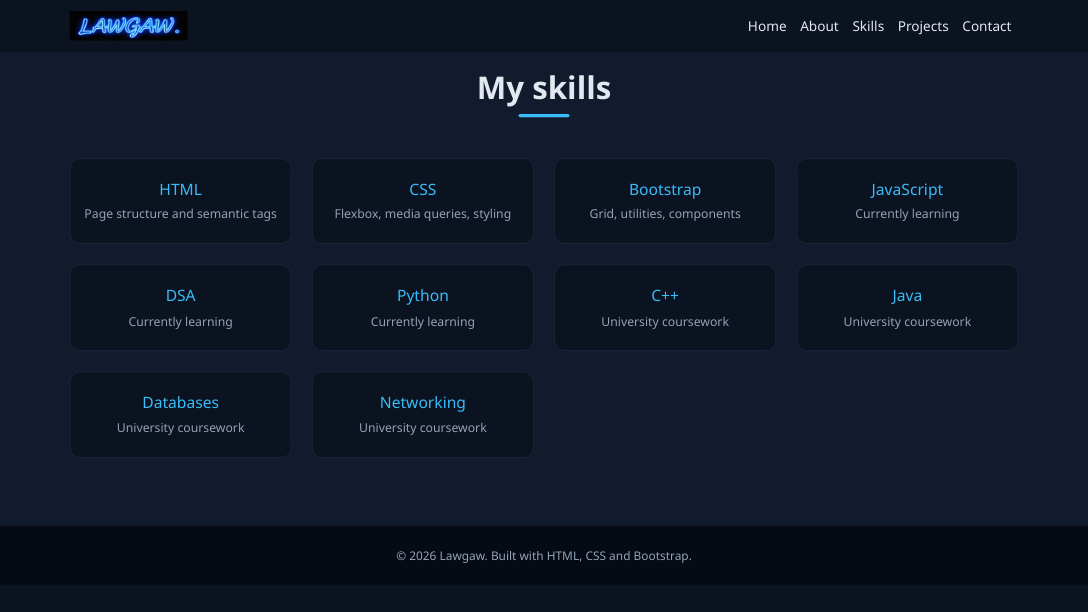
Repository: lawgaw-sefineh/MyPortfolioWebsite
Page: skills.html
An editor plug-in stored every save of this project. The page is shown before and after a run of saves, followed by the edit.
The browser window is 1280 px wide. The pictures show the whole page, at 85% of full size.

Above is the page before, as saved 2026-10-08 23:23:01.

After the next 2 saves:
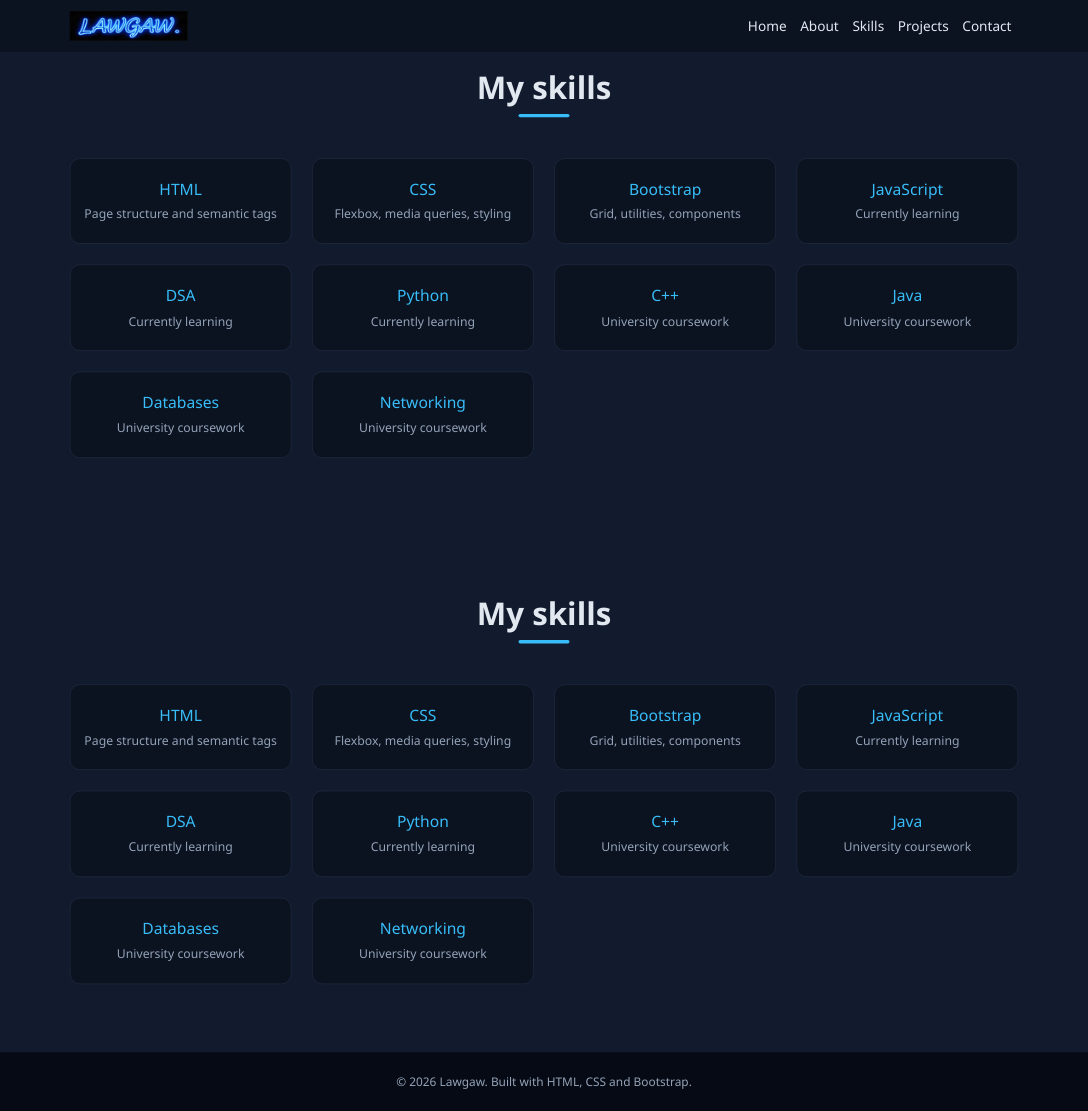
The 2 saves are shown as one change because they came seconds apart.
The last was saved 90 s later.
--- a/skills.html
+++ b/skills.html
@@ -136,6 +136,63 @@
       </div>
     </div>
   </section>
+    <!-- ================= SKILLS ================= -->
+  <section id="skills" class="section section-alt">
+    <div class="container">
+      <h2 class="section-title text-center mb-5">My skills</h2>
+
+      <!-- 2 per row on phone, 3 on tablet, 4 on desktop -->
+      <div class="row g-3 g-lg-4 text-center">
+        <div class="col-6 col-md-4 col-lg-3">
+          <div class="skill-card"><h3>HTML</h3>
+            <p>Page structure and semantic tags</p>
+          </div>
+        </div>
+        <div class="col-6 col-md-4 col-lg-3">
+          <div class="skill-card"><h3>CSS</h3>
+            <p>Flexbox, media queries, styling</p>
+          </div>
+        </div>
+        <div class="col-6 col-md-4 col-lg-3">
+          <div class="skill-card"><h3>Bootstrap</h3>
+            <p>Grid, utilities, components</p>
+          </div>
+        </div>
+        <div class="col-6 col-md-4 col-lg-3">
+          <div class="skill-card"><h3>JavaScript</h3>
+            <p>Currently learning</p>
+          </div>
+        </div>
+       <div class="col-6 col-md-4 col-lg-3">
+          <div class="skill-card"><h3>DSA</h3>
+            <p>Currently learning</p>
+          </div>
+       </div>
+      <div class="col-6 col-md-4 col-lg-3">
+          <div class="skill-card"><h3>Python</h3>
+            <p>Currently learning</p>
+          </div>
+      </div>
+        <div class="col-6 col-md-4 col-lg-3">
+          <div class="skill-card"><h3>C++</h3>
+            <p>University coursework</p>
+          </div>
+        </div>
+        <div class="col-6 col-md-4 col-lg-3">
+          <div class="skill-card"><h3>Java</h3>
+            <p>University coursework</p></div>
+        </div>
+        <div class="col-6 col-md-4 col-lg-3"><div class="skill-card"><h3>Databases</h3>
+          <p>University coursework</p>
+        </div>
+      </div>
+        <div class="col-6 col-md-4 col-lg-3"><div class="skill-card"><h3>Networking</h3>
+          <p>University coursework</p>
+        </div>
+        </div>
+      </div>
+    </div>
+  </section>
    <!-- ================= FOOTER ================= -->
   <footer class="site-footer text-center py-4">
     <p class="mb-0 small">&copy; 2026 Lawgaw. Built with HTML, CSS and Bootstrap.</p>
